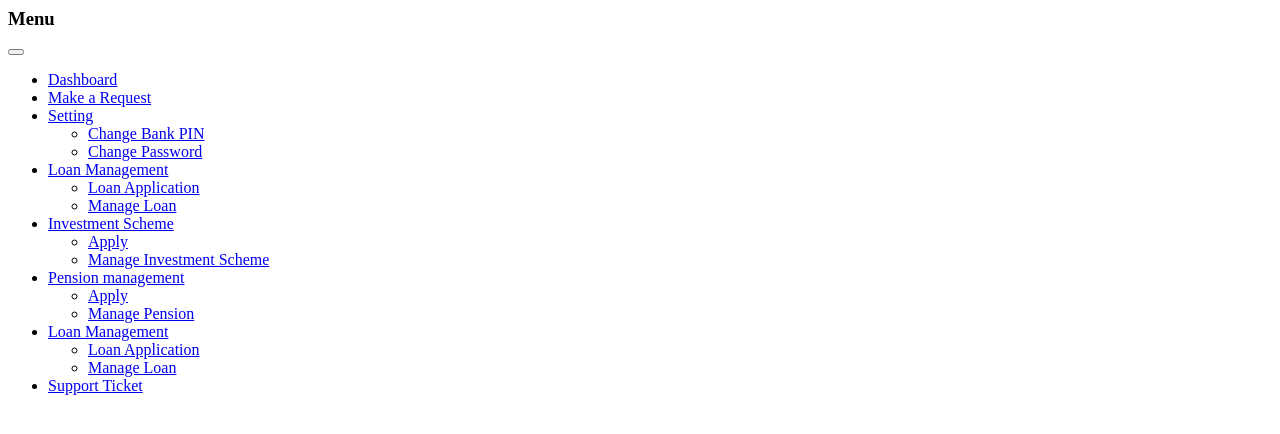
Repository: walterjnr1/crowdfunding-system
Page: http://localhost/student/sidebar.php
These files come from the project's save history. The page is drawn as it stood at one moment and after a run of saves; the edit follows.
The browser window is 1280 px wide. The pictures show the whole page.
The page is run by PHP 8.4 with error messages shown; the project is at /var/www/html/.

Above is the page before, as saved 2025-02-28 13:02:03.

After the next 2 saves:
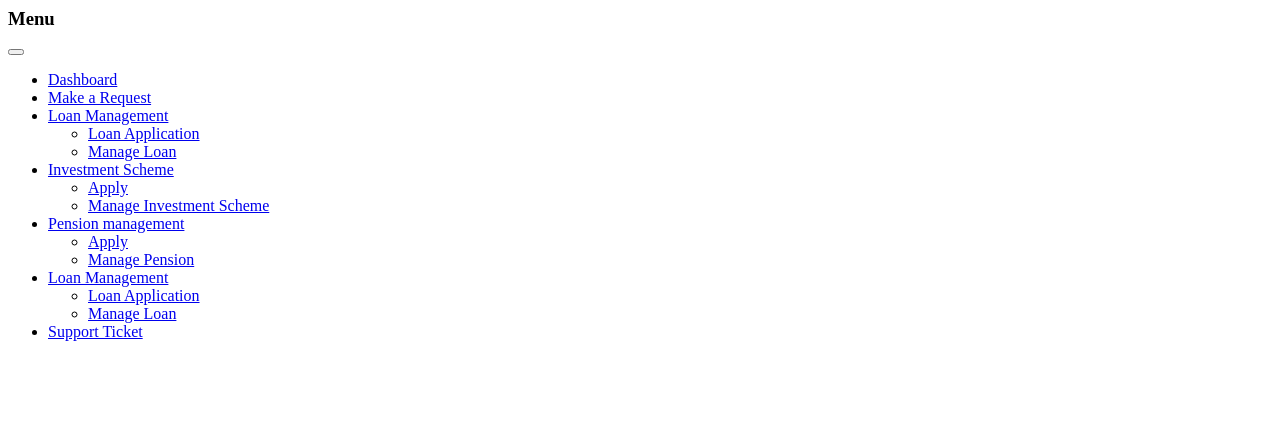
The 2 saves are shown as one change because they came seconds apart.
The last was saved 28 s later.
--- a/student/sidebar.php
+++ b/student/sidebar.php
@@ -14,13 +14,7 @@
             </li>
 
 
-	<li><a href="#"><i class="fa fa-cog"></i> <span>Setting</span></a>
-          <ul>
-            <li><a href="changepin.php">Change Bank PIN</a></li>
-                   <li><a href="changepassword.php">Change Password</a></li>
 
-          </ul>
-        </li>
         <li><a href="#"><i class="fa fa-money"></i> <span>Loan Management</span></a>
           <ul>
             <li><a href="404.php">Loan Application</a></li>
